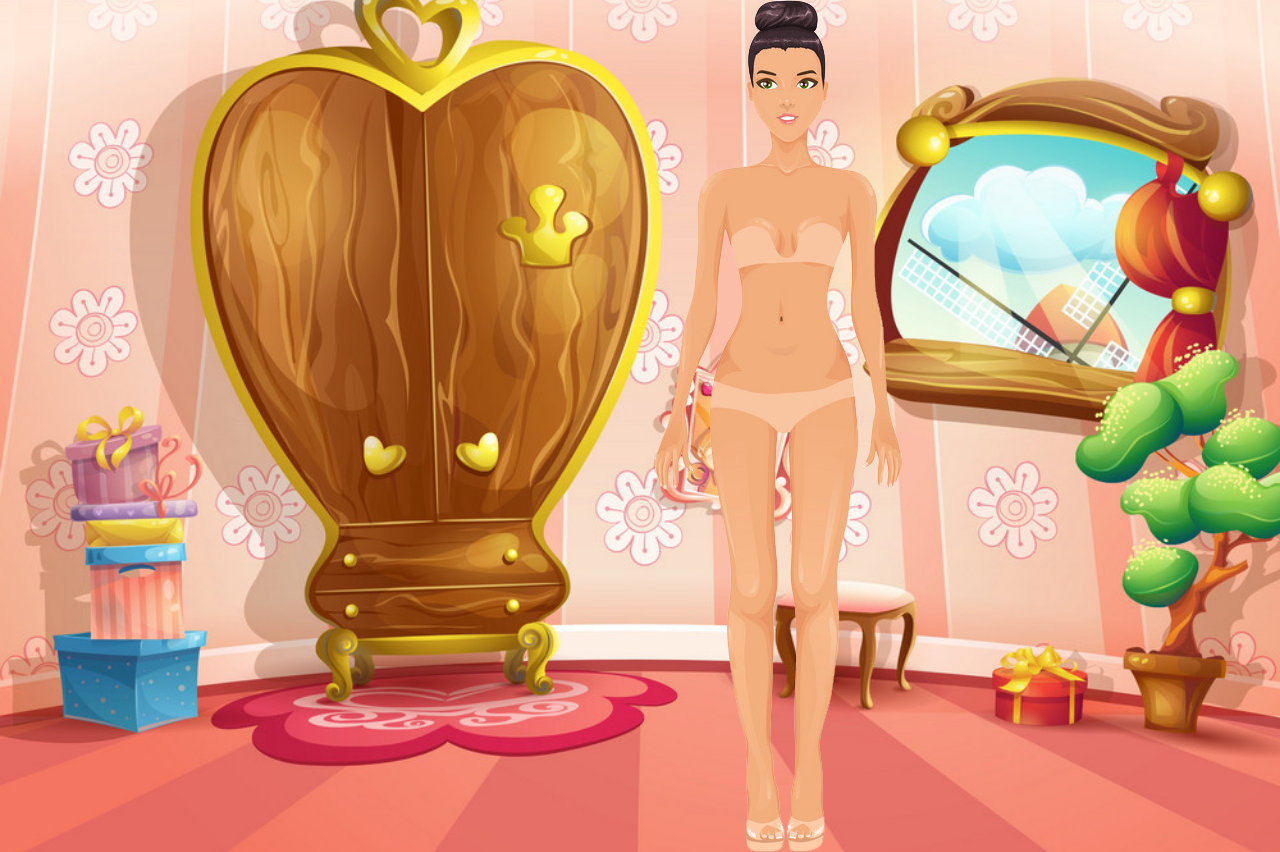
Repository: bunbubam/GameThayDoReactjs_NguyenKhacNghia
Page: /
An editor plug-in stored every save of this project. The page is shown before and after the next save, followed by the edit.
The browser window is 1280 px wide. The pictures show the whole page.
The project was rebuilt for these pictures with package versions that can differ from the ones it lists, and the page was loaded fresh each time.

Above is the page before, as saved 2022-03-30 14:46:23.

### public/index.html
<!doctype html>
<html lang="en">
  <head>
    <title>GameThaydo</title>
    <!-- Required meta tags -->
    <meta charset="utf-8">
    <meta name="viewport" content="width=device-width, initial-scale=1, shrink-to-fit=no">

    <!-- Bootstrap CSS -->
    <link rel="stylesheet" href="https://stackpath.bootstrapcdn.com/bootstrap/4.3.1/css/bootstrap.min.css" integrity="sha384-ggOyR0iXCbMQv3Xipma34MD+dH/1fQ784/j6cY/iJTQUOhcWr7x9JvoRxT2MZw1T" crossorigin="anonymous">
  </head>
  <body>
    <div id="root"></div>
    <!-- Optional JavaScript -->
    <!-- jQuery first, then Popper.js, then Bootstrap JS -->
    <script src="https://code.jquery.com/jquery-3.3.1.slim.min.js" integrity="sha384-q8i/X+965DzO0rT7abK41JStQIAqVgRVzpbzo5smXKp4YfRvH+8abtTE1Pi6jizo" crossorigin="anonymous"></script>
    <script src="https://cdnjs.cloudflare.com/ajax/libs/popper.js/1.14.7/umd/popper.min.js" integrity="sha384-UO2eT0CpHqdSJQ6hJty5KVphtPhzWj9WO1clHTMGa3JDZwrnQq4sF86dIHNDz0W1" crossorigin="anonymous"></script>
    <script src="https://stackpath.bootstrapcdn.com/bootstrap/4.3.1/js/bootstrap.min.js" integrity="sha384-JjSmVgyd0p3pXB1rRibZUAYoIIy6OrQ6VrjIEaFf/nJGzIxFDsf4x0xIM+B07jRM" crossorigin="anonymous"></script>
  </body>
</html>

### src/App.js
import logo from './logo.svg';
import './App.css';
import Dress from './gamethaydo/dress';

function App() {
  return (
    <Dress></Dress>
  );
}

export default App;

### src/App.css
body {
    background: url(gamethaydo/images/dress-room.jpg) no-repeat;
    background-position: 50% 53%;
    background-size: cover;
}

### src/gamethaydo/dress.js
import React, {Component} from 'react';
import Girl from './images/girl.png';

class Dress extends Component {
    state = {
        img : Girl
    }
    render() {
        return(
            <div className='container-fluid'>
                <div className='dress-main'>
                    <div className='row'>
                        <div className='col-12 col-xl-6'>

                        </div>
                        <div className='col-12 col-xl-6'>
                            <img src={this.state.img}/>
                        </div>
                    </div>
                </div>
            </div>
        )
    };
}
export default Dress;

Loaded but not shown: src/index.js (common file); src/index.css (common file); src/reportWebVitals.js (common file)

After the next save:
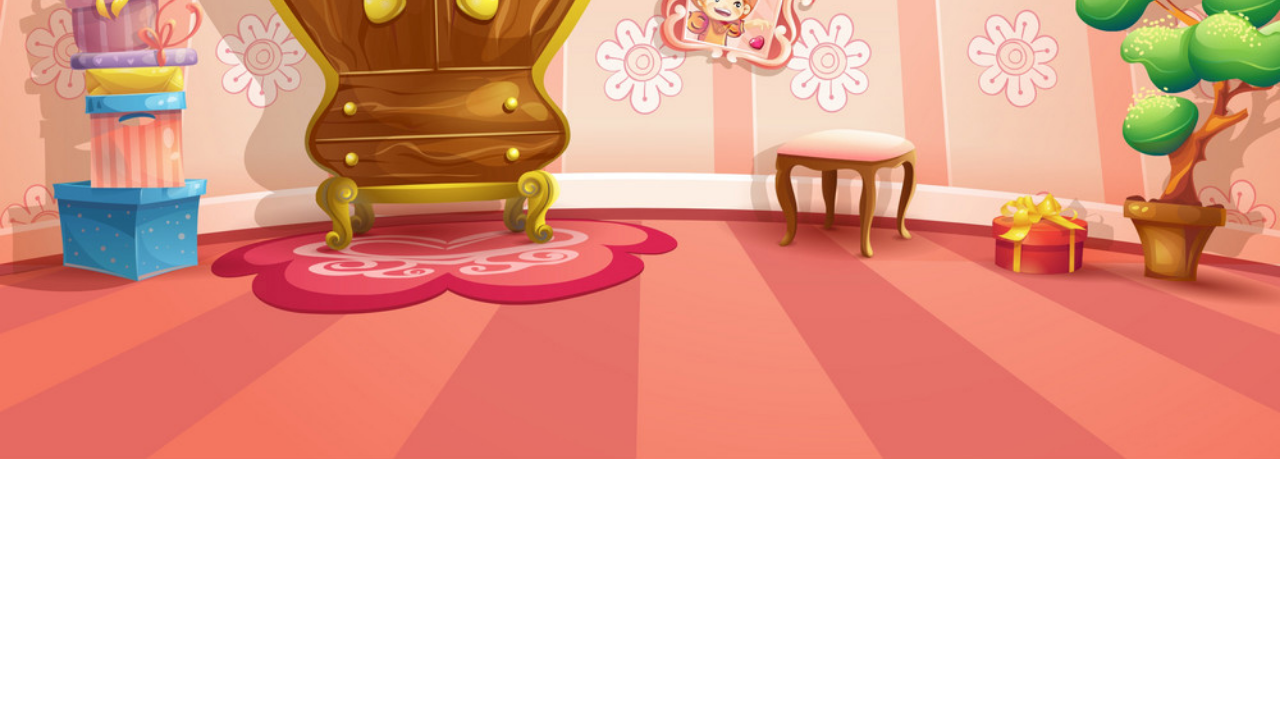
Saved 78 s later.
--- a/src/gamethaydo/dress.js
+++ b/src/gamethaydo/dress.js
@@ -14,7 +14,9 @@
 
                         </div>
                         <div className='col-12 col-xl-6'>
-                            <img src={this.state.img}/>
+                            <div className='girl'>
+
+                            </div>
                         </div>
                     </div>
                 </div>

After the save that followed:
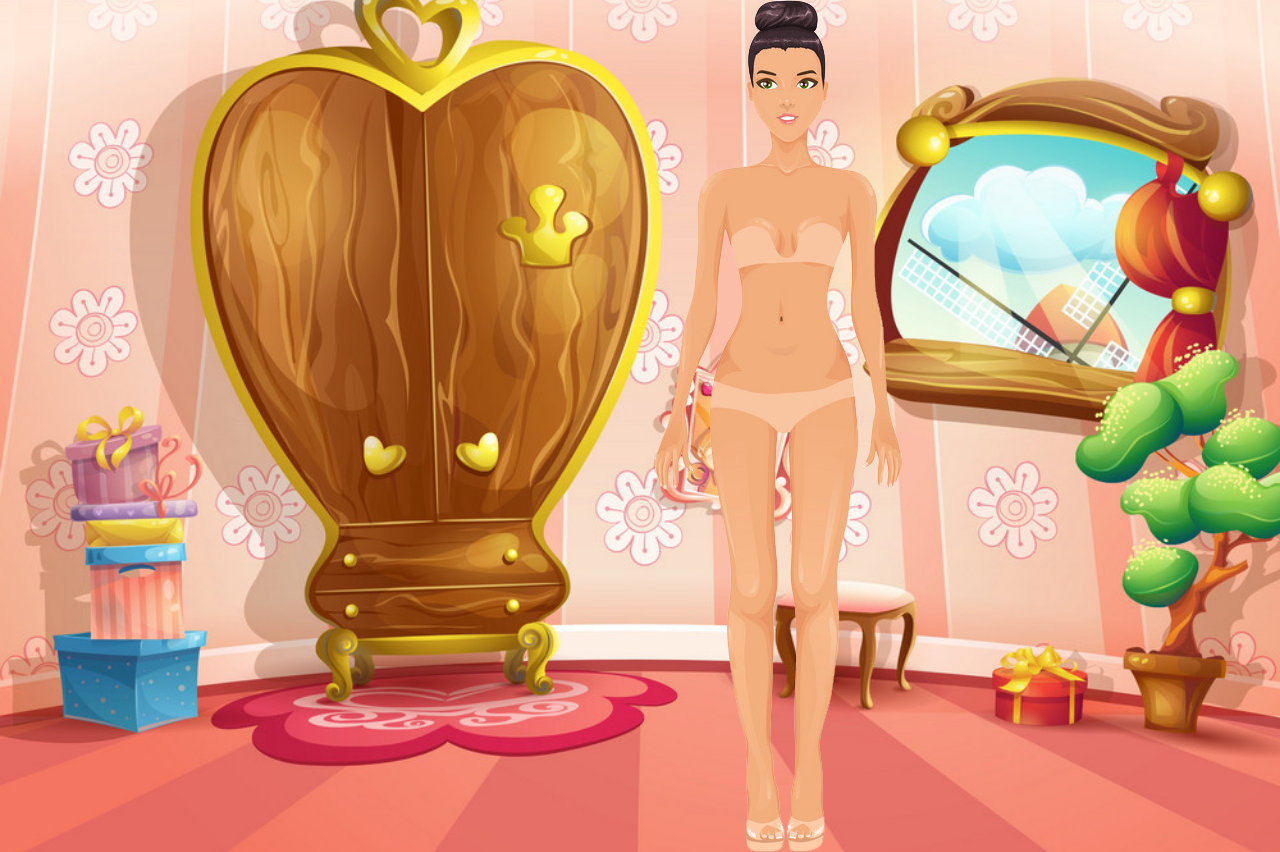
Saved 9 s later.
--- a/src/gamethaydo/dress.js
+++ b/src/gamethaydo/dress.js
@@ -15,7 +15,7 @@
                         </div>
                         <div className='col-12 col-xl-6'>
                             <div className='girl'>
-
+                                <img src={this.state.img}/>
                             </div>
                         </div>
                     </div>
